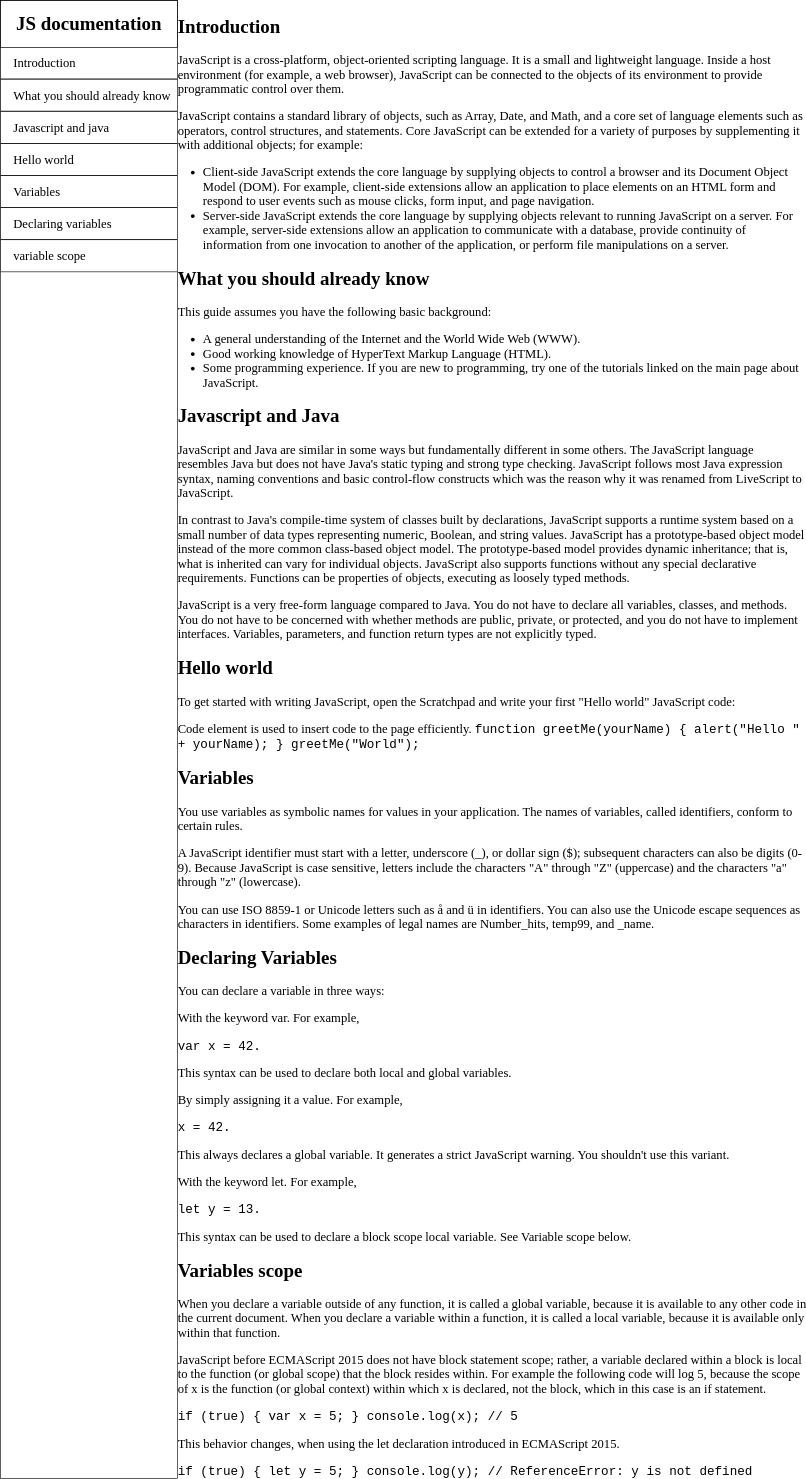
Repository: Pafestivo/Technical-documentation
Page: index.html
An editor plug-in stored every save of this project. The page is shown before and after the next save, followed by the edit.
The browser window is 1280 px wide. The pictures show the whole page, at 63% of full size.

Above is the page before, as saved 2022-09-07 13:41:34.

### index.html
<!DOCTYPE html>
<html lang="en">
<head>
    <meta charset="UTF-8">
    <meta name="viewport" content="width=device-width, initial-scale=1.0">
    <link rel="stylesheet" href="styles.css">
    <title>Technical Documentation Page</title>
</head>
<body>
  <nav id="navbar">
    <header>
      <h1>JS documentation</h1>
    </header>
    <ul>
      <li><a id="nav-link" href="#introduction">Introduction</a></li>
      <li><a id="nav-link" href="#what_you_should_already_know">What you should already know</a></li>
      <li><a id="nav-link" href="#javascript_and_Java">Javascript and java</a></li>
      <li><a id="nav-link" href="#hello_world">Hello world</a></li>
      <li><a id="nav-link" href="#variables">Variables</a></li>
      <li><a id="nav-link" href="#declaring_variables">Declaring variables</a></li>
      <li><a id="nav-link" href="#variable_scope">variable scope</a></li>
    </ul>
  </nav>
  <main id="main-doc">
    <section id="introduction" class="main-section">
      <h1>Introduction</h1>

      <p>JavaScript is a cross-platform, object-oriented scripting language. It is a small and lightweight language. Inside a host environment (for example, a web browser), JavaScript can be connected to the objects of its environment to provide programmatic control over them.</p>

      <p>JavaScript contains a standard library of objects, such as Array, Date, and Math, and a core set of language elements such as operators, control structures, and statements. Core JavaScript can be extended for a variety of purposes by supplementing it with additional objects; for example:</p>

      <ul>
        <li>Client-side JavaScript extends the core language by supplying objects to control a browser and its Document Object Model (DOM). For example, client-side extensions allow an application to place elements on an HTML form and respond to user events such as mouse clicks, form input, and page navigation.</li>
        <li>Server-side JavaScript extends the core language by supplying objects relevant to running JavaScript on a server. For example, server-side extensions allow an application to communicate with a database, provide continuity of information from one invocation to another of the application, or perform file manipulations on a server.</li>
      </ul>
    </section>

    <section id="what_you_should_already_know" class="main-section">
        <h1>What you should already know</h1>

        <p>This guide assumes you have the following basic background:</p>

        <ul>
          <li>A general understanding of the Internet and the World Wide Web (WWW).</li>
          <li>Good working knowledge of HyperText Markup Language (HTML).</li>
          <li>Some programming experience. If you are new to programming, try one of the tutorials linked on the main page about JavaScript.</li>
        </ul>
      </section>

      <section id="javascript_and_Java" class="main-section">
        <h1>Javascript and Java</h1>

        <p>JavaScript and Java are similar in some ways but fundamentally different in some others. The JavaScript language resembles Java but does not have Java's static typing and strong type checking. JavaScript follows most Java expression syntax, naming conventions and basic control-flow constructs which was the reason why it was renamed from LiveScript to JavaScript.</p>

        <p>In contrast to Java's compile-time system of classes built by declarations, JavaScript supports a runtime system based on a small number of data types representing numeric, Boolean, and string values. JavaScript has a prototype-based object model instead of the more common class-based object model. The prototype-based model provides dynamic inheritance; that is, what is inherited can vary for individual objects. JavaScript also supports functions without any special declarative requirements. Functions can be properties of objects, executing as loosely typed methods.</p>

        <p>JavaScript is a very free-form language compared to Java. You do not have to declare all variables, classes, and methods. You do not have to be concerned with whether methods are public, private, or protected, and you do not have to implement interfaces. Variables, parameters, and function return types are not explicitly typed.</p>
      </section>

      <section id="hello_world" class="main-section">
        <h1>Hello world</h1>
        <p>To get started with writing JavaScript, open the Scratchpad and write your first "Hello world" JavaScript code:</p>

        Code element is used to insert code to the page efficiently.
        <code>
            function greetMe(yourName) { alert("Hello " + yourName); }
            greetMe("World");
        </code>
      </section>

      <section id="variables" class="main-section">
        <h1>Variables</h1>

        <p>You use variables as symbolic names for values in your application. The names of variables, called identifiers, conform to certain rules.</p>

        <p>A JavaScript identifier must start with a letter, underscore (_), or dollar sign ($); subsequent characters can also be digits (0-9). Because JavaScript is case sensitive, letters include the characters "A" through "Z" (uppercase) and the characters "a" through "z" (lowercase).</p>

        <p>You can use ISO 8859-1 or Unicode letters such as å and ü in identifiers. You can also use the Unicode escape sequences as characters in identifiers. Some examples of legal names are Number_hits, temp99, and _name.</p>
      </section>

      <section id="declaring_variables" class="main-section">
        <h1>Declaring Variables</h1>

        <p>You can declare a variable in three ways:</p>

        <p>With the keyword var. For example,</p>
        <code>
            var x = 42.
        </code>

        <p>This syntax can be used to declare both local and global variables.</p>

        <p>By simply assigning it a value. For example,</p>
        <code>
            x = 42.
        </code>

        <p>This always declares a global variable. It generates a strict JavaScript warning. You shouldn't use this variant.</p>

        <p>With the keyword let. For example,</p>
        <code>
            let y = 13.
        </code>

        <p>This syntax can be used to declare a block scope local variable. See Variable scope below.</p>
      </section>

      <section id="variable_scope" class="main-section">
        <h1>Variables scope</h1>

        <p>When you declare a variable outside of any function, it is called a global variable, because it is available to any other code in the current document. When you declare a variable within a function, it is called a local variable, because it is available only within that function.</p>

        <p>JavaScript before ECMAScript 2015 does not have block statement scope; rather, a variable declared within a block is local to the function (or global scope) that the block resides within. For example the following code will log 5, because the scope of x is the function (or global context) within which x is declared, not the block, which in this case is an if statement.</p>
        <code>
            if (true) { var x = 5; } console.log(x); // 5
        </code>

        <p>This behavior changes, when using the let declaration introduced in ECMAScript 2015.</p>
        <code>
            if (true) { let y = 5; } console.log(y); // ReferenceError: y is
not defined
        </code>
  </main>

</body>
</html>

### styles.css
html {
  box-sizing: border-box;
  scroll-behavior: smooth;
  font-size: 20px;
}

body {
  display: flex;
  padding: 0;
  margin: 0;
  min-width: 290px;
}

/* Navigation bar  */
#navbar {
  border: 1px solid #000;
  border-left: 2px bold #000;
  min-width: 280px;
}

#navbar header {
  margin: -1px;
}

#navbar header h1{
  margin: 0;
  padding: 20px;
  border: 1px solid #000;
  text-align: center;
}

#navbar ul {
  list-style: none;
  height: 90%;
  margin: 0;
  padding: 0;
  overflow-y: auto;
  overflow-x: hidden;
}

#navbar ul li {
  margin: -1px;
}

#navbar ul a {
  display: flex;
  align-items: center;
  text-decoration: none;
  color: #000;
  height: 50px;
  padding-left: 20px;
  border: 1px solid #000;
}

/* Navigation bar end  */

After the next save:
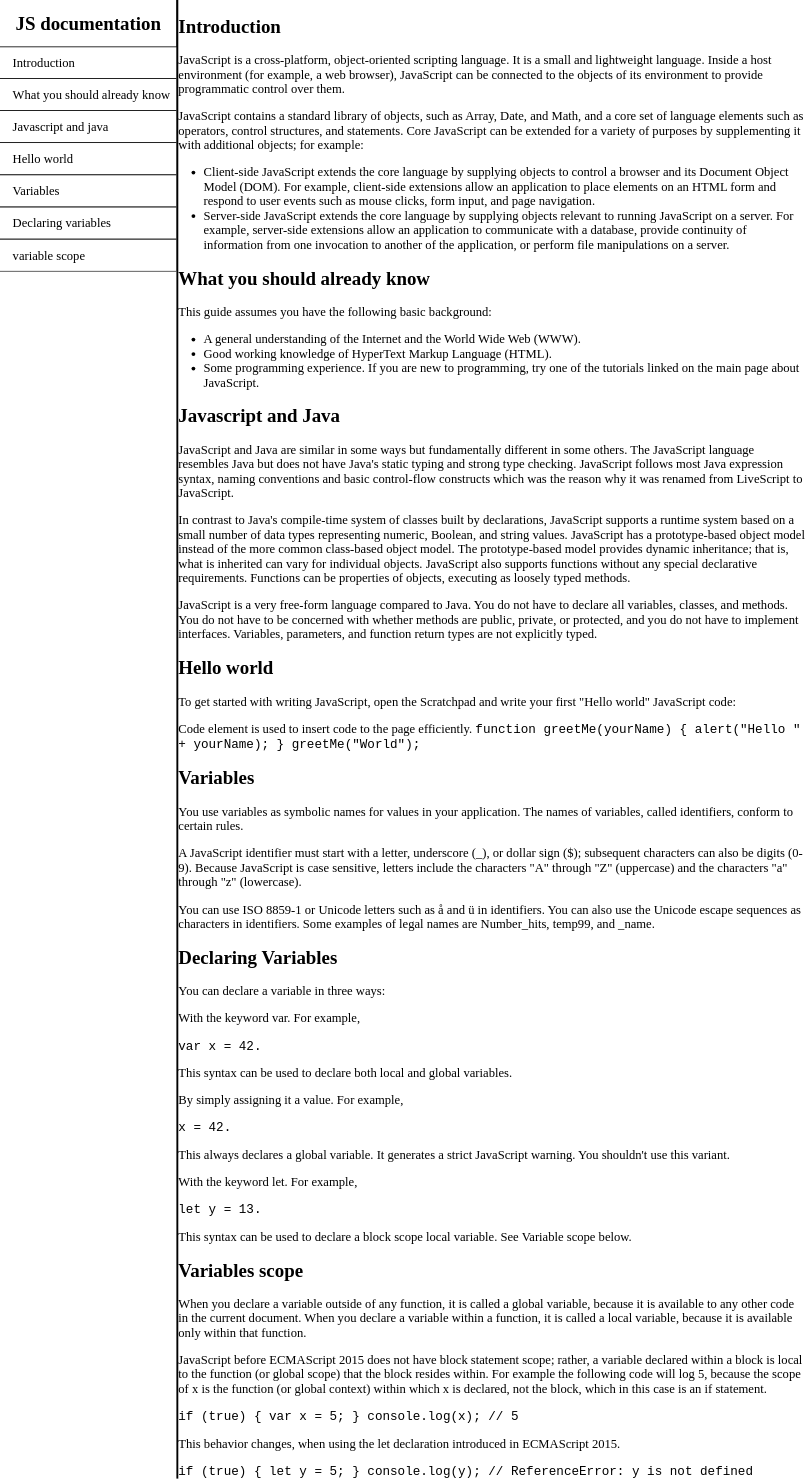
Saved 74 s later.
--- a/styles.css
+++ b/styles.css
@@ -13,8 +13,7 @@ body {
 
 /* Navigation bar  */
 #navbar {
-  border: 1px solid #000;
-  border-left: 2px bold #000;
+  border-right: solid;
   min-width: 280px;
 }
 
